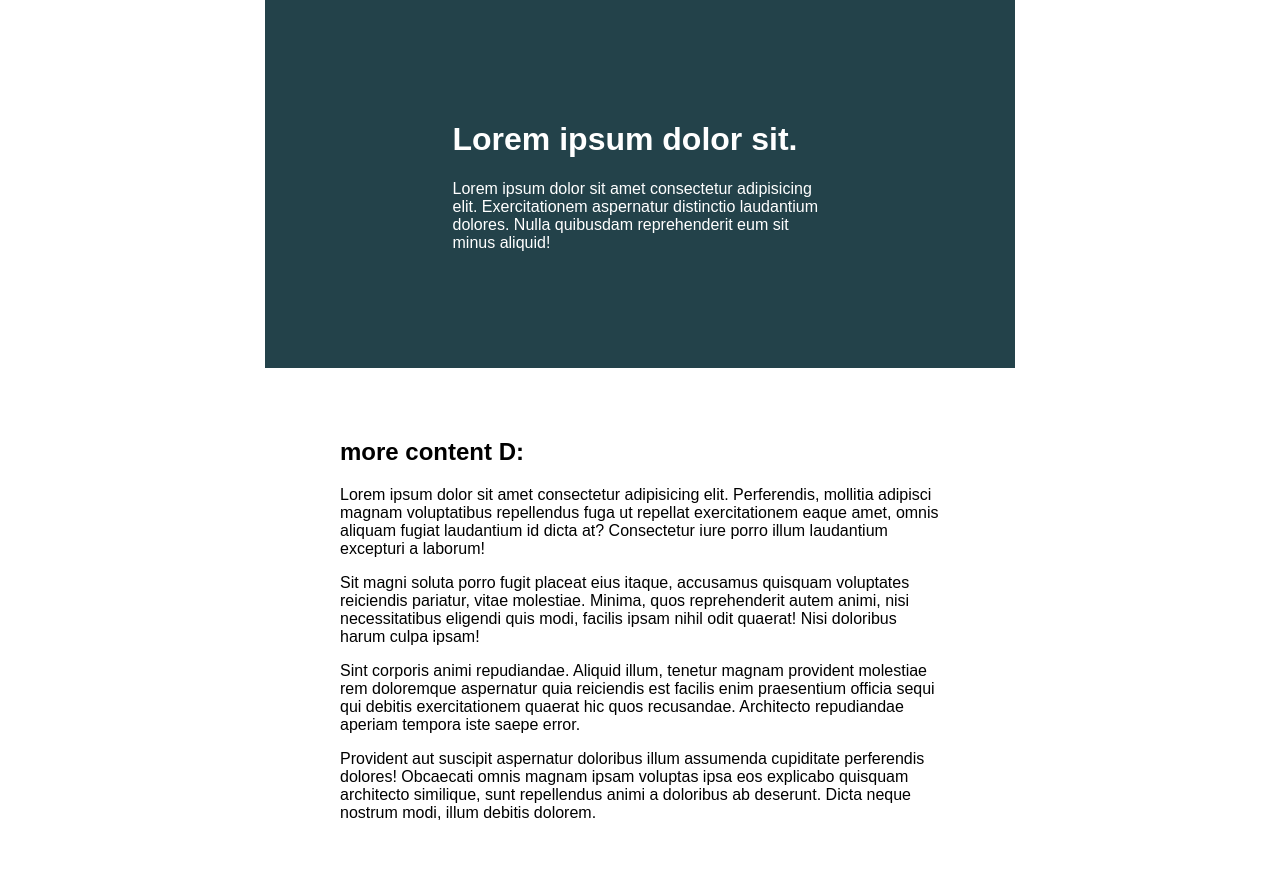
Repository: ufanodev/responsive-3
Page: index.html
These files come from the project's save history. The page is drawn as it stood at one moment and after the next save; the edit follows.
The browser window is 1280 px wide. The pictures show the whole page.

Above is the page before, as saved 2022-12-10 19:40:21.

After the next save:
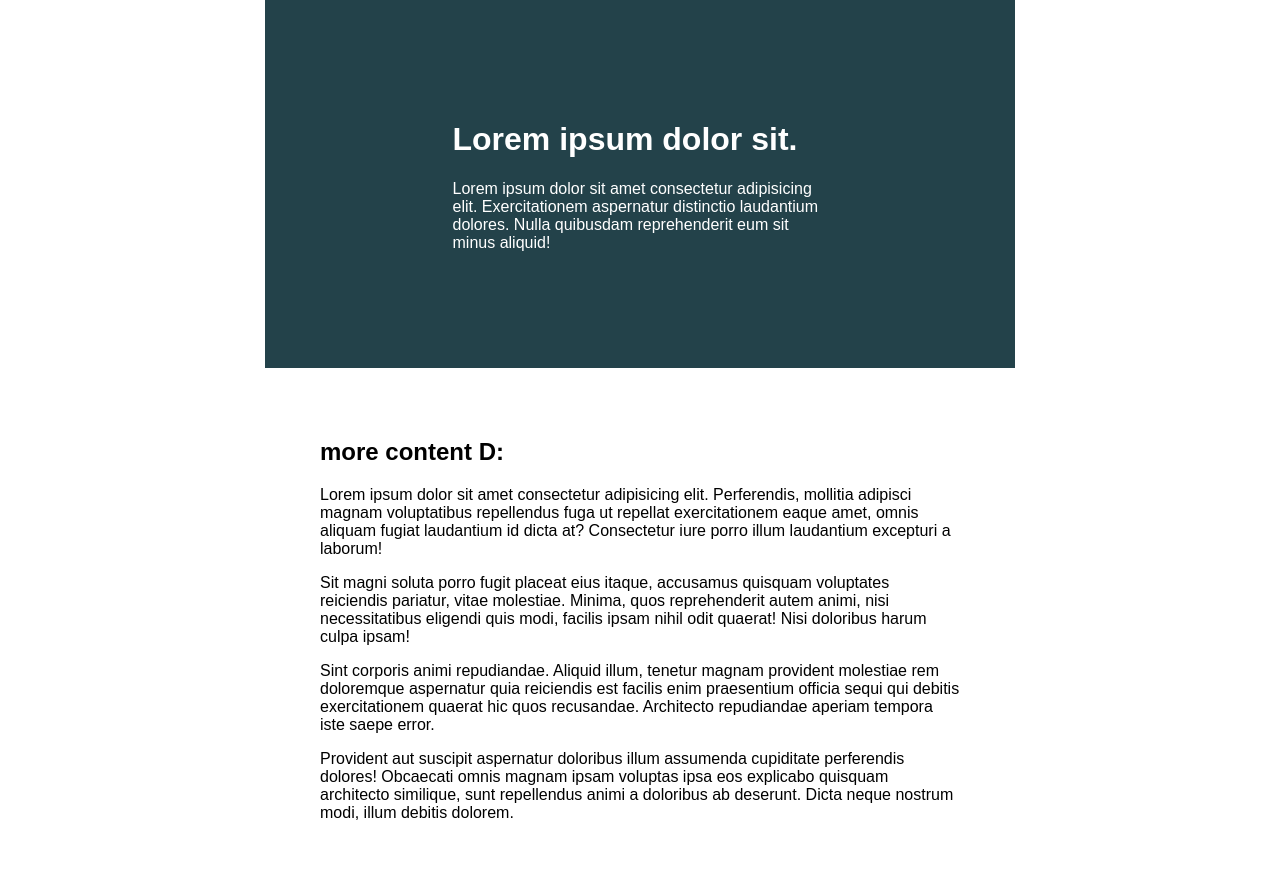
Saved 12 s later.
--- a/style.css
+++ b/style.css
@@ -34,7 +34,7 @@ body {
 
 .intro-content {
   width: 50%;
-  max-width: 600px;
+  max-width: 750px;
   margin: 0 auto;
   padding: 50px 0;
 }
